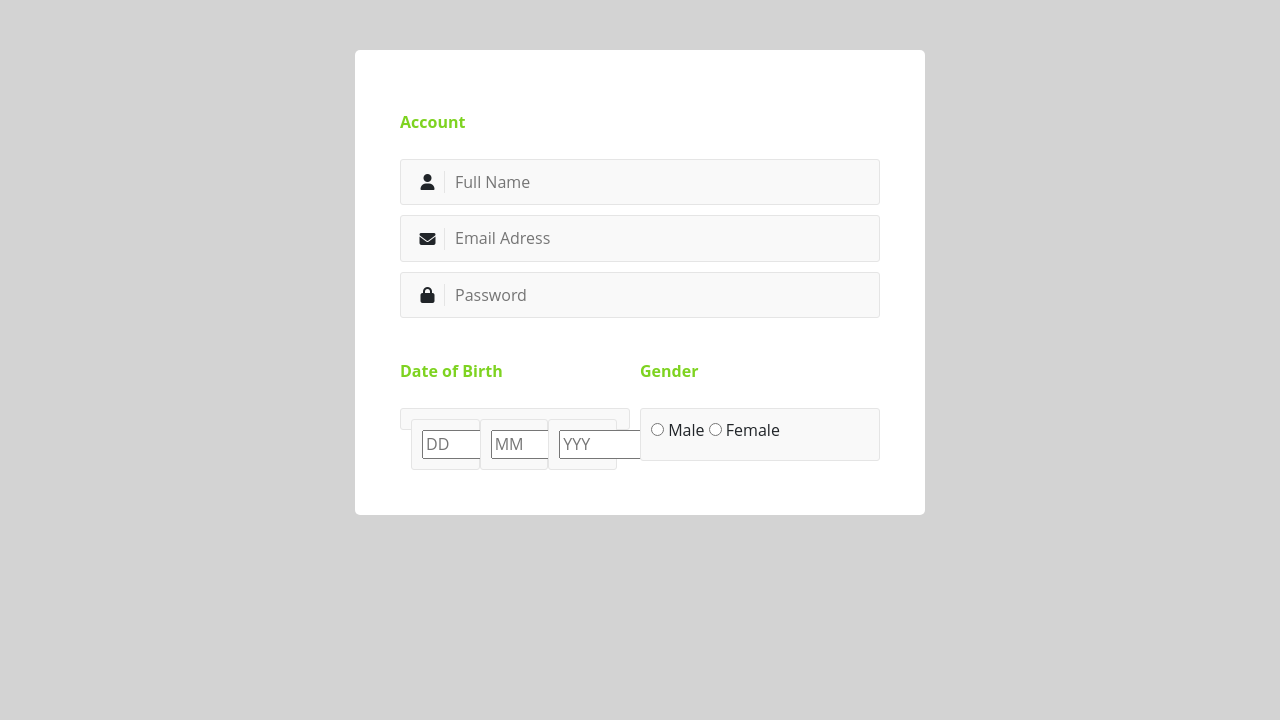
Repository: letrongtinh27/LapTrinhWeb
Page: Payment/index.html
An editor plug-in stored every save of this project. The page is shown before and after the next save, followed by the edit.
The browser window is 1280 px wide. The pictures show the whole page.

Above is the page before, as saved 2022-10-11 21:18:27.

### Payment/index.html
<!DOCTYPE html>
<html lang="en">
<head>
    <meta charset="UTF-8">
    <meta http-equiv="X-UA-Compatible" content="IE=edge">
    <meta name="viewport" content="width=device-width, initial-scale=1.0">
    <title>Document</title>
    <link rel="stylesheet" href="./reset.css">
    <link rel="stylesheet" href="./style.css">
    <link rel="stylesheet" href="https://cdn.jsdelivr.net/npm/bootstrap@4.3.1/dist/css/bootstrap.min.css" integrity="sha384-ggOyR0iXCbMQv3Xipma34MD+dH/1fQ784/j6cY/iJTQUOhcWr7x9JvoRxT2MZw1T" crossorigin="anonymous">
    <link rel="stylesheet" href="https://cdnjs.cloudflare.com/ajax/libs/font-awesome/6.2.0/css/all.min.css" integrity="sha512-xh6O/CkQoPOWDdYTDqeRdPCVd1SpvCA9XXcUnZS2FmJNp1coAFzvtCN9BmamE+4aHK8yyUHUSCcJHgXloTyT2A==" crossorigin="anonymous" referrerpolicy="no-referrer" />
</head>
<body>
    <div class="payment">
        <form action="#" class="form-payment">
            <h4 class="title">Account</h4>
            <div class="form-group">
            <div class="form-item">
                <input type="text" placeholder="Full Name">
                <div class="icon icon-name">
                    <i class="fa-solid fa-user"></i>
                </div>
            </div>
            <div class="form-item">
                <input type="email" placeholder="Email Adress">
                <div class="icon icon-email">
                    <i class="fa-solid fa-envelope"></i>
                </div>
            </div>
            <div class="form-item">
                <input type="password" placeholder="Password">
                <div class="icon icon-pass">
                    <i class="fa-solid fa-lock"></i>
                </div>
            </div>
        </div>
        <div class="form-group2">
                <div class="group-left">
                <h4 class="title">Date of Birth</h4>
                <div class="form-item">
                    <div class="col-third"> <input type="number" placeholder="DD"></div>
                    <div class="col-third"> <input type="number" placeholder="MM"></div>
                    <div class="col-third"> <input type="number" placeholder="YYY"></div>

                </div>
            </div>
            <div class="group-right">
                <h4 class="title">Gender</h4>
                <div class="form-item">
                    <input type="radio" placeholder="DD">
                    <label for="">Male</label>
                    <input type="radio" placeholder="MM">
                    <label for="">Female</label>
                </div>
            </div>
        </div>

            <!-- <div class="form-item">
                <div class="card">
                    <input type="radio"> Credit Card
                    <i class="fa-brands fa-cc-visa"></i>
                </div>
                <div class="card">
                    <input type="radio"> Paypal
                    <i class="fa-brands fa-cc-paypal"></i>
                </div>
                </div> -->
                <!-- <div class="form-item">
                    <input type="text" placeholder="Card Number">
                    <div class="icon icon-card">
                        <i class="fa-solid fa-credit-card"></i>
                    </div>
                </div> -->
                <!-- <div class="form-item">
                   <div class="left">
                    <select name="" id="">
                        <option value="">01 Jan</option>
                        <option value="">02 Jan</option>
                    </select>
                    <select name="" id="">
                        <option value="">2015</option>
                        <option value="">2016</option>
                    </select>
                   </div>
                </div> -->
                <!-- <div class="form-item">
                    <h4 class="title">Terms and Conditions</h4>
                    <input type="radio">
                    <label for="">I accept the term and conditions for signing up to this service, and here by confirm i have read the privacy policy.</label>
                </div> -->
        </form>
    </div>
</body>
</html>

### Payment/style.css
/* https://codepen.io/josecarneiro/pen/Kwbapp @import: "libs/base.less"; */
body {
    font-family: 'Open Sans',sans-serif !important;
    background-color: lightgray !important;
}
.payment{
    width: 100%;
    max-width: 570px;
    margin: 50px auto;
    justify-content: center;
    align-items: center;
    display: flex;
    border-radius: 5px;
    background-color: #fff;
    padding: 35px 45px;
}
.form-payment{
    font-family: 'Open Sans',sans-serif;
}
.title{
    color: #7ed321;
    font-size: 16px;
    font-weight: bold;
    line-height: 1.5;
    margin: 25px 0px;
}
.form-group{
    position: relative;

}
.form-item, .form-group2 .form-item .col-third {
    width: 100%;
    padding: 10px;
    line-height: 1.4;
    border: 1px solid #e5e5e5;
    border-radius: 3px;
    background-color: #f9f9f9;
    margin-bottom: 10px;
}

.form-item > input{
    padding-left: 44px;
    border: 0;
    outline: none;
    background-color: #f9f9f9;
    margin: 0 auto;
}

.icon {
    display: block;
    position: absolute;
    width: 34px;
    text-align: center;
    border-right: 1px solid #e5e5e5;
}
.icon-name{
    top: 12px;
}
.icon-email{
    top: 69px;
}

.icon-pass {
    top: 125px;
}

.icon-card {
    top: 777px;
}

.form-group2 {
    display: block;
    width: 100%;
    height: 125px;
}

.group-left{
    padding-right: 10px;
    width: 50%;
    float: left;
}
.group-right{
    width: 50%;
    float: left;

}
.form-group2 .form-item .col-third{
    padding-right: 10px;
    float: left;
    width: 33%;
}

.card{

}
.right{

}
.left{

}

Loaded but not shown: Payment/reset.css (common file)

After the next save:
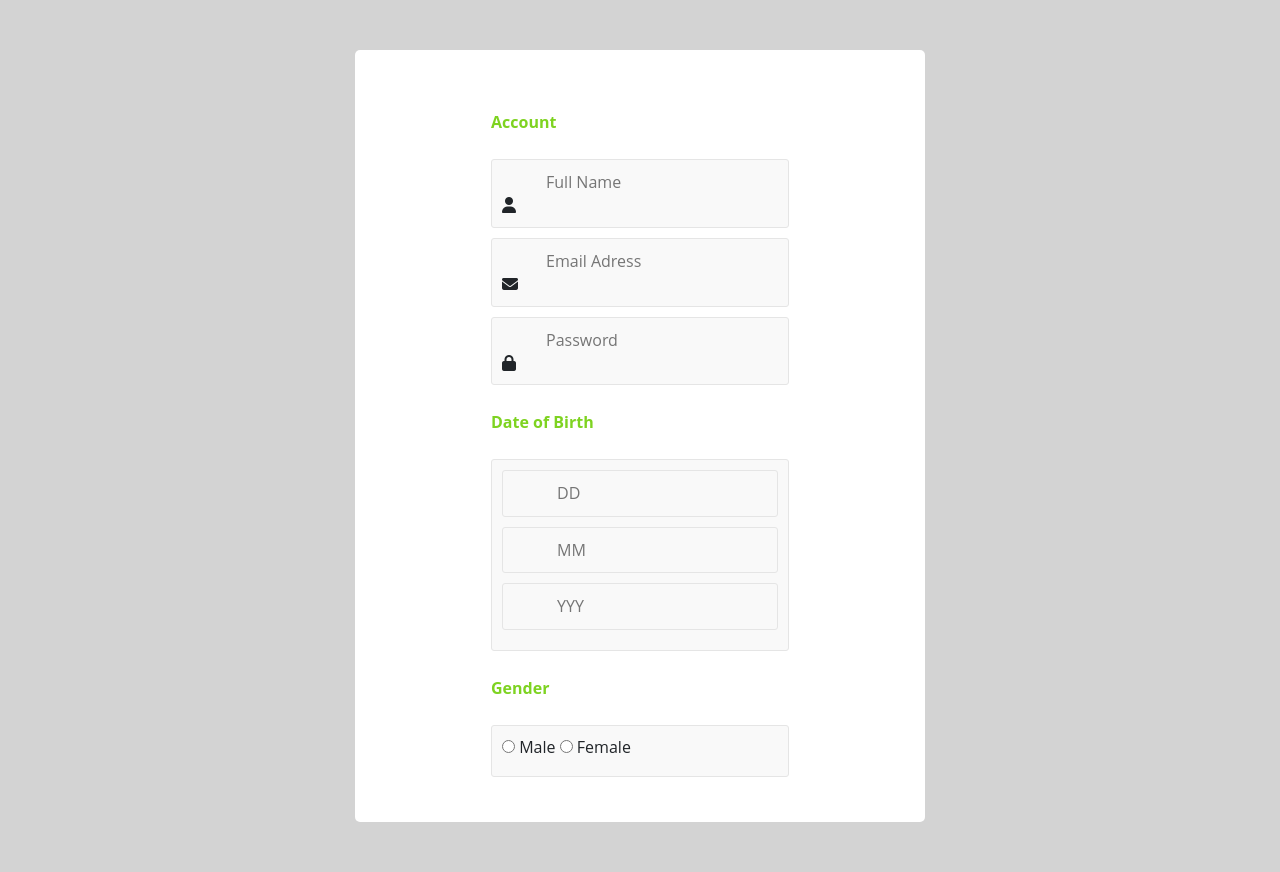
Saved 11 s later.
--- a/Payment/style.css
+++ b/Payment/style.css
@@ -45,6 +45,13 @@
     background-color: #f9f9f9;
     margin: 0 auto;
 }
+
+input{
+    padding-left: 44px;
+    border: 0;
+    outline: none;
+    background-color: #f9f9f9;
+    margin: 0 auto;
 
 .icon {
     display: block;

After the save that followed:
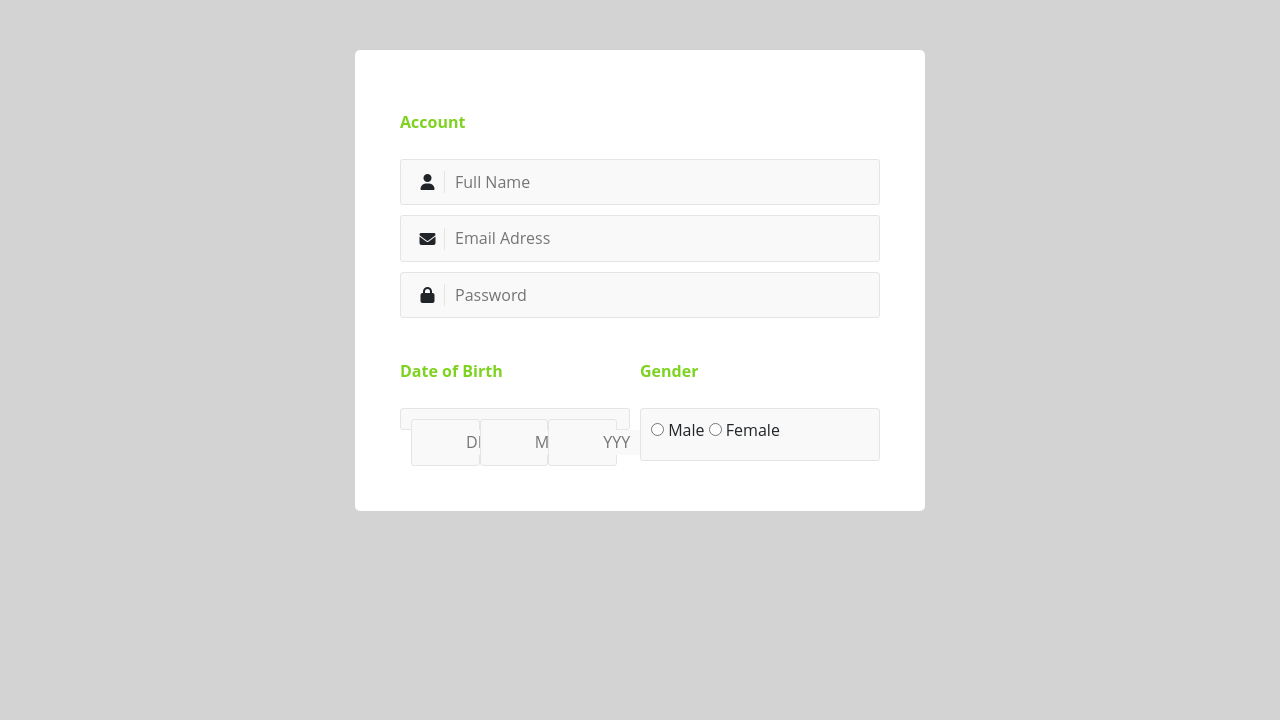
Saved 13 s later.
--- a/Payment/style.css
+++ b/Payment/style.css
@@ -38,7 +38,7 @@
     margin-bottom: 10px;
 }
 
-.form-item > input{
+.form-item > input, .col-third > input{
     padding-left: 44px;
     border: 0;
     outline: none;
@@ -46,12 +46,6 @@
     margin: 0 auto;
 }
 
-input{
-    padding-left: 44px;
-    border: 0;
-    outline: none;
-    background-color: #f9f9f9;
-    margin: 0 auto;
 
 .icon {
     display: block;
